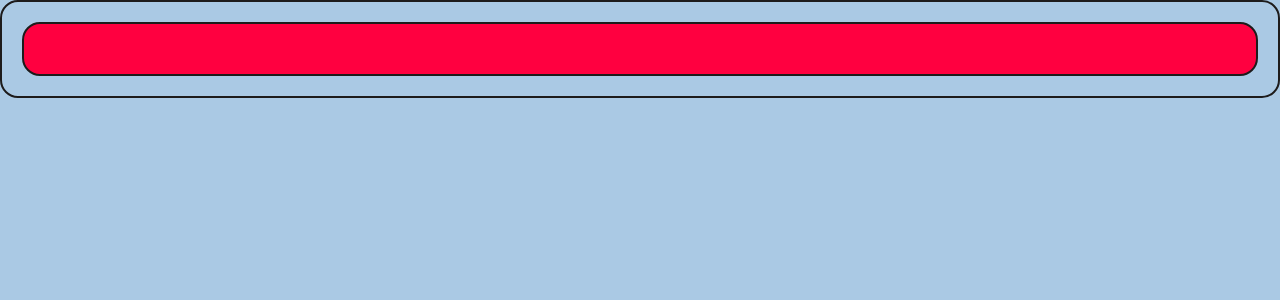
Repository: SbuKhoza/furniture
Page: /
The author's editor kept a copy of each file at every save. The page is drawn from the files as they stood at one save, then again after a run of saves.
The browser window is 1280 px wide. The pictures show the whole page.
The project was rebuilt for these pictures with package versions that can differ from the ones it lists, and the page was loaded fresh each time.

Above is the page before, as saved 2024-07-12 12:07:43.

After the next 3 saves:
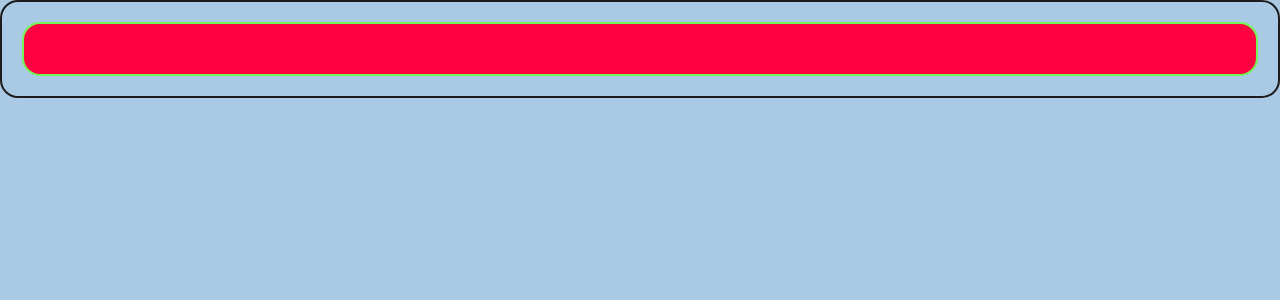
The 3 saves are shown as one change because they came seconds apart.
The last was saved 10 s later.
--- a/src/App.css
+++ b/src/App.css
@@ -21,7 +21,7 @@ nav {
   justify-content: space-between;
   align-items: center;
   height: 50px;
-  border: 2px solid rgb(29, 27, 27);
+  border: 2px solid rgb(115, 245, 89);
   border-radius: 18px;
 
 }
